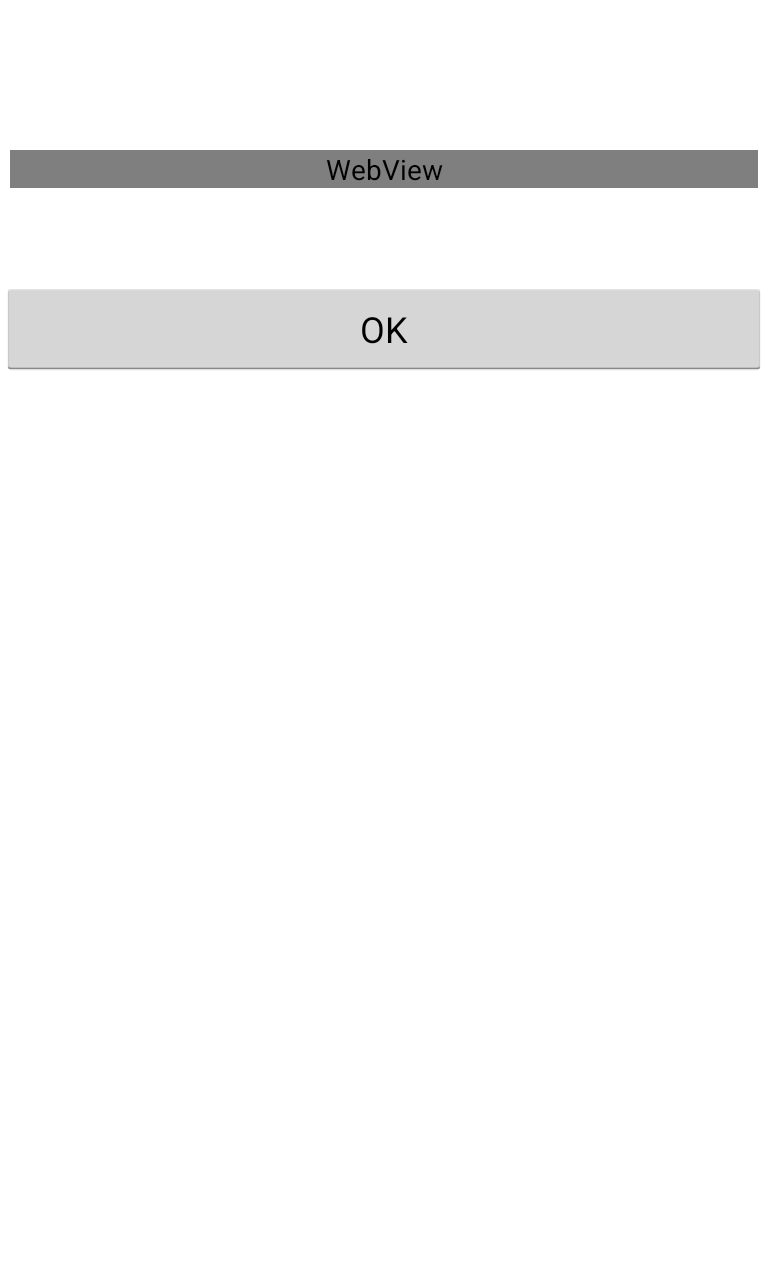
Repository: cyberhck/spaceAndroid
Layout: BleSensorTag/res/layout/dialog_about.xml
These files come from the project's save history. The layout is drawn as it stood at one moment and after the next save; the edit follows.
Pictures or frames that could not be fetched are drawn as grey boxes. It is drawn on a 768 x 1280 px phone screen (xhdpi) without system bars, with theme android:Theme.Holo.Light; the app's code is not run. The app's manifest (not shown) leaves right-to-left support off. So textAlignment, textDirection and layoutDirection are ignored, and left and right values win over start and end ones.

Above is the layout before, as saved 2015-03-18 14:42:22.

After the next save:
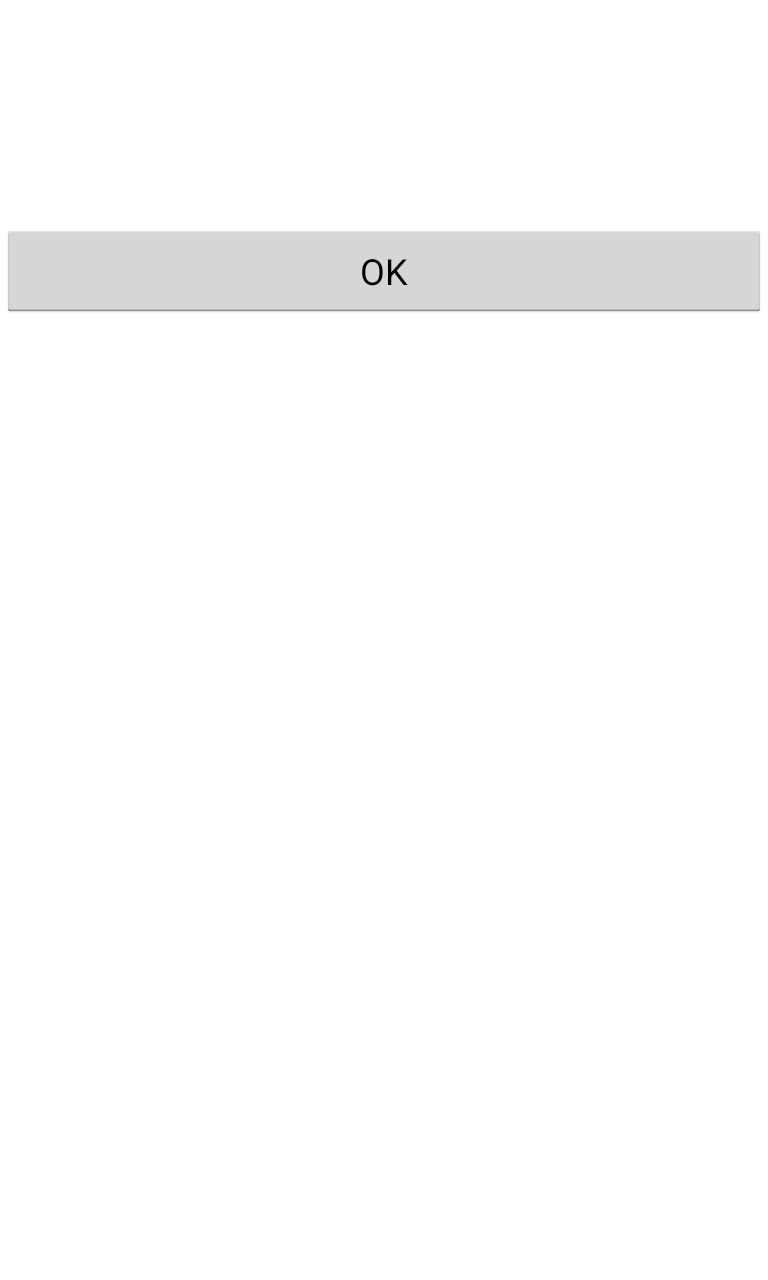
Saved 40 min 51 s later.
--- a/BleSensorTag/res/layout/dialog_about.xml
+++ b/BleSensorTag/res/layout/dialog_about.xml
@@ -24,12 +24,6 @@
         android:textAlignment="center"
         android:textSize="16dp" />
 
-    <WebView
-        android:id="@+id/web_content"
-        android:layout_width="fill_parent"
-        android:layout_height="wrap_content"
-        android:layout_margin="5dp" />
-
     <TextView
         android:id="@+id/footer"
         android:layout_width="fill_parent"
